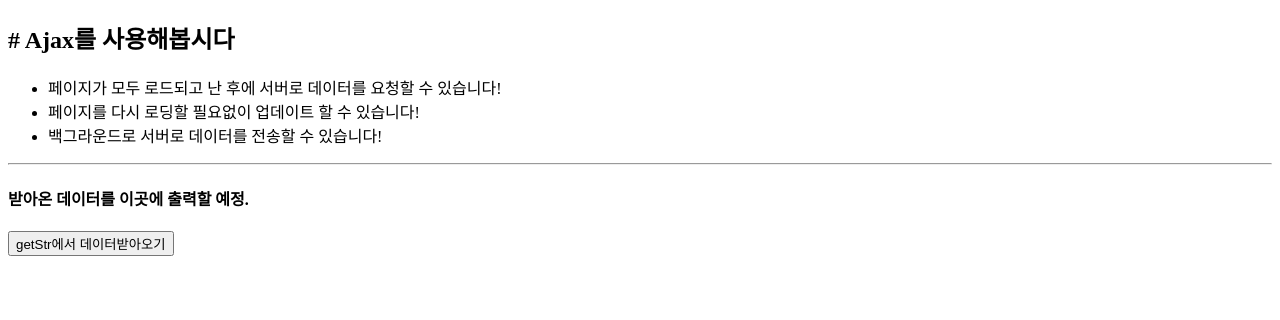
Repository: sirius455/spring-workspace
Page: http://localhost/Spring_REST/WEB-INF/views/ajax/home.jsp
These files come from the project's save history. The page is drawn as it stood at one moment and after a run of saves; the edit follows.
The browser window is 1280 px wide. The pictures show the whole page.
The page is served by Tomcat 9. Nobody is signed in. Other server files are loaded and not shown. The template is opened directly, without the code that normally fills it, so the values that code supplies are empty.

Above is the page before, as saved 2021-08-05 04:42:17.

### Spring_REST/src/main/webapp/WEB-INF/views/ajax/home.jsp
<%@ page language="java" contentType="text/html; charset=EUC-KR"
    pageEncoding="EUC-KR"%>

<!DOCTYPE html>
<html>
<head>
<meta charset="UTF-8">
<title>Ajax Home</title>
</head>
<body>
	<h2># Ajax를 사용해봅시다</h2>

	<ul>
		<li>페이지가 모두 로드되고 난 후에 서버로 데이터를 요청할 수 있습니다!</li>
		<li>페이지를 다시 로딩할 필요없이 업데이트 할 수 있습니다!</li>
		<li>백그라운드로 서버로 데이터를 전송할 수 있습니다!</li>

	</ul>

<hr>

<div id="test">
	<h4>받아온 데이터를 이곳에 출력할 예정.</h4>
</div>

<button onclick="loadStr()">
	getStr에서 데이터받아오기
</button>

<!-- 서버에서 자원을 사용할 때는 servlet-context의 자원경로를 사용해야 한다 -->
<script src="<%=request.getContextPath() %>/resources/js/ajax_home.js"></script>

</body>
</html>

Loaded but not shown: Spring_REST/src/main/webapp/resources/js/ajax_home.js (no copy from this time; the picture is the same without it)

After the next 2 saves:
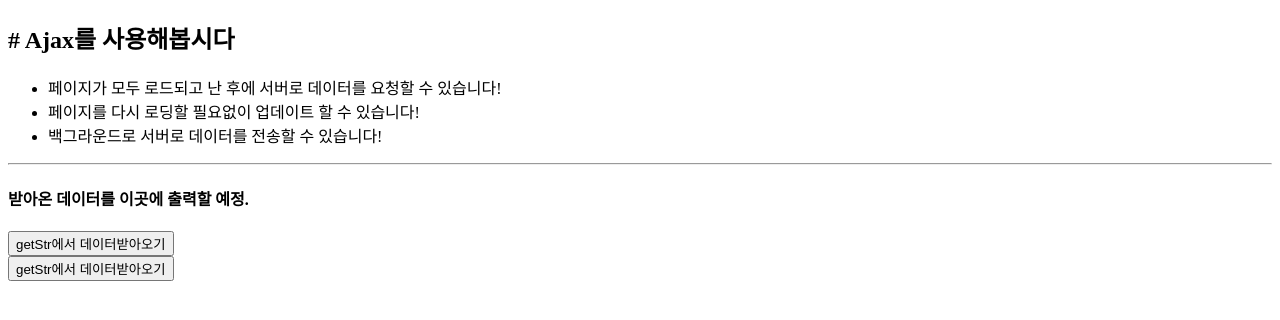
The 2 saves are shown as one change because they came seconds apart.
The last was saved 14 min 18 s later.
--- a/Spring_REST/src/main/webapp/WEB-INF/views/ajax/home.jsp
+++ b/Spring_REST/src/main/webapp/WEB-INF/views/ajax/home.jsp
@@ -25,10 +25,16 @@
 
 <button onclick="loadStr()">
 	getStr에서 데이터받아오기
+</button> <br>
+
+<button onclick="loadStr()">
+	getStr에서 데이터받아오기
 </button>
 
 <!-- 서버에서 자원을 사용할 때는 servlet-context의 자원경로를 사용해야 한다 -->
 <script src="<%=request.getContextPath() %>/resources/js/ajax_home.js"></script>
 
+
+
 </body>
 </html>
